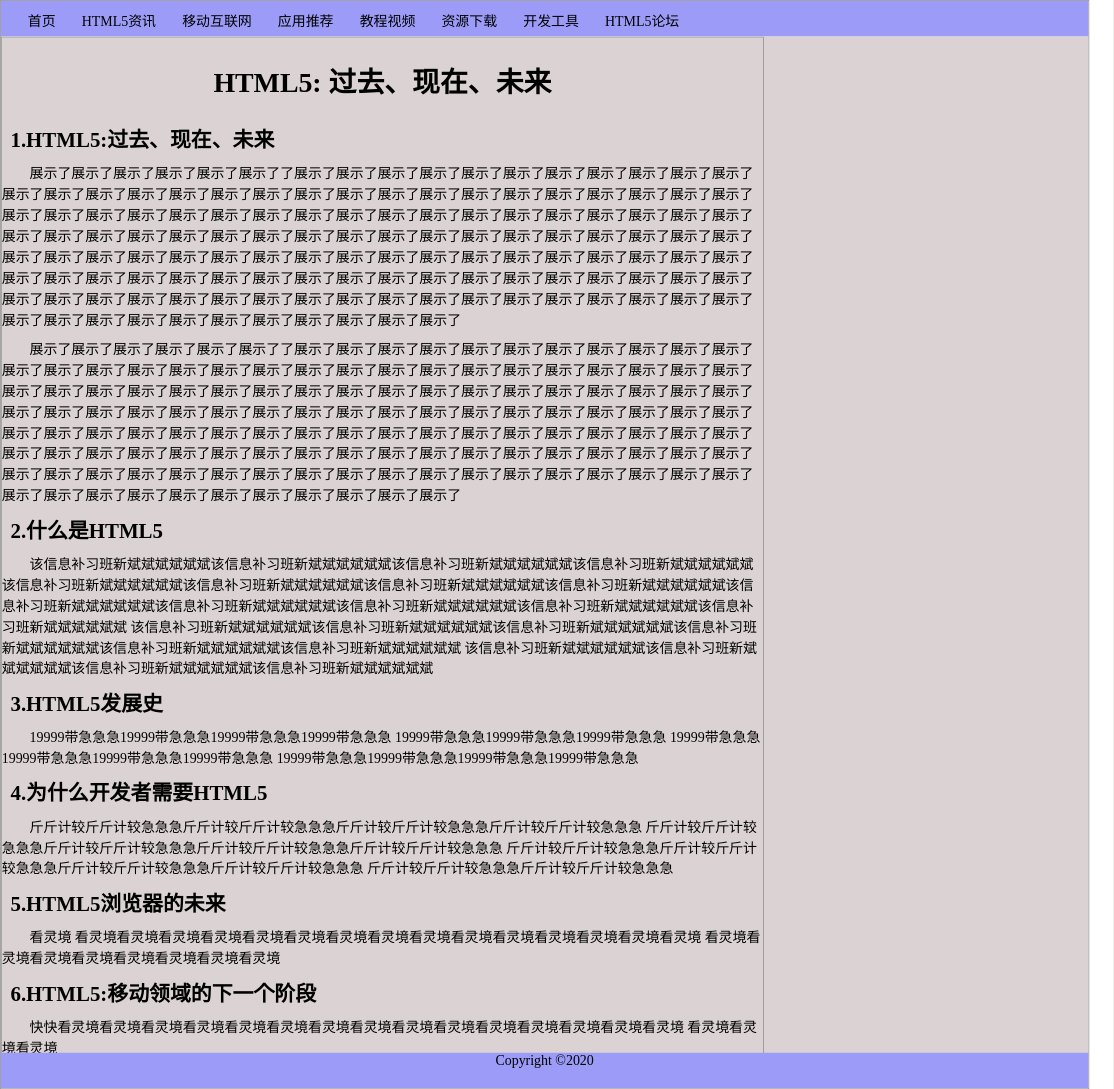
Repository: LstHeart/html-learning
Page: css/案例作业2.html
The author's editor kept a copy of each file at every save. The page is drawn from the files as they stood at one save, then again after the next save.
The browser window is 1280 px wide. The pictures show the whole page, at 87% of full size.

Above is the page before, as saved 2021-01-06 01:22:33.

After the next save:
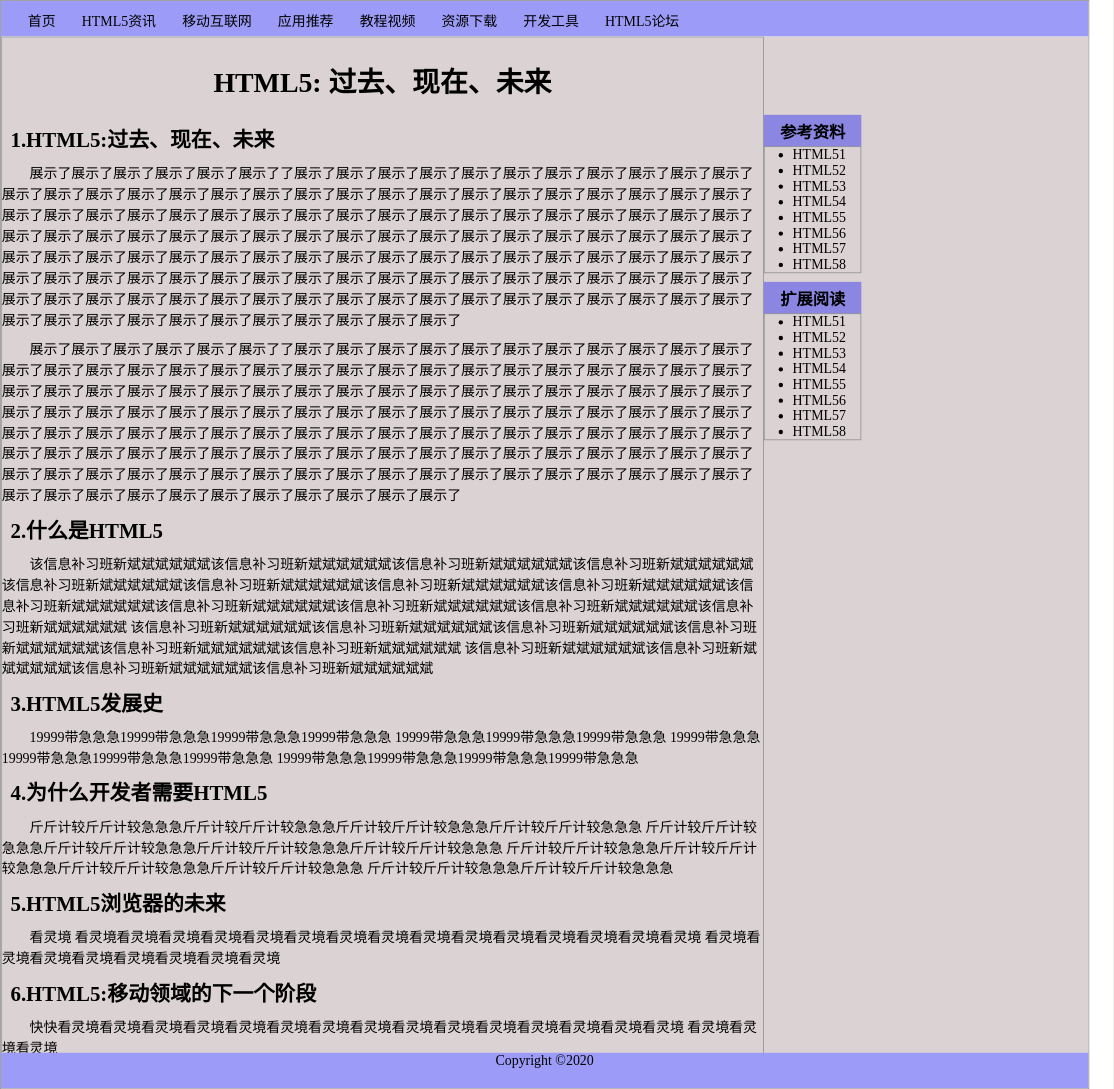
Saved 17 s later.
--- a/css/html5.css
+++ b/css/html5.css
@@ -58,7 +58,7 @@ a{
 
 }
 .content .rightside{
-    width: 30%;
+    width: 30%-2px;
     margin-top: 90px;
 }
 .content h1{

After the 4 saves that followed:
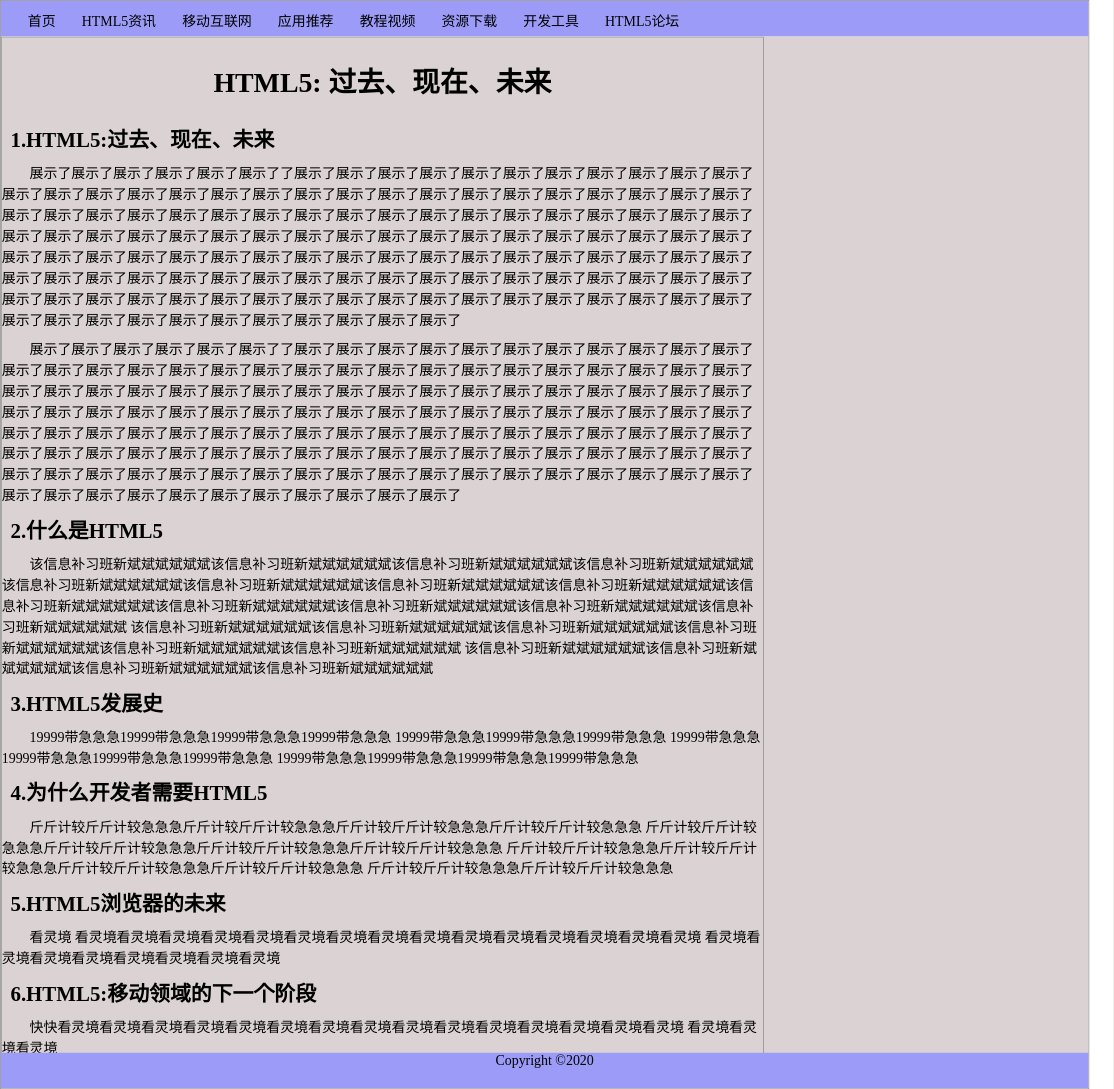
The 4 saves are shown as one change because 3 left the picture as it was.
The last was saved 97 s later.
--- a/css/html5.css
+++ b/css/html5.css
@@ -58,7 +58,7 @@ a{
 
 }
 .content .rightside{
-    width: 30%-2px;
+    width: 30%;
     margin-top: 90px;
 }
 .content h1{
